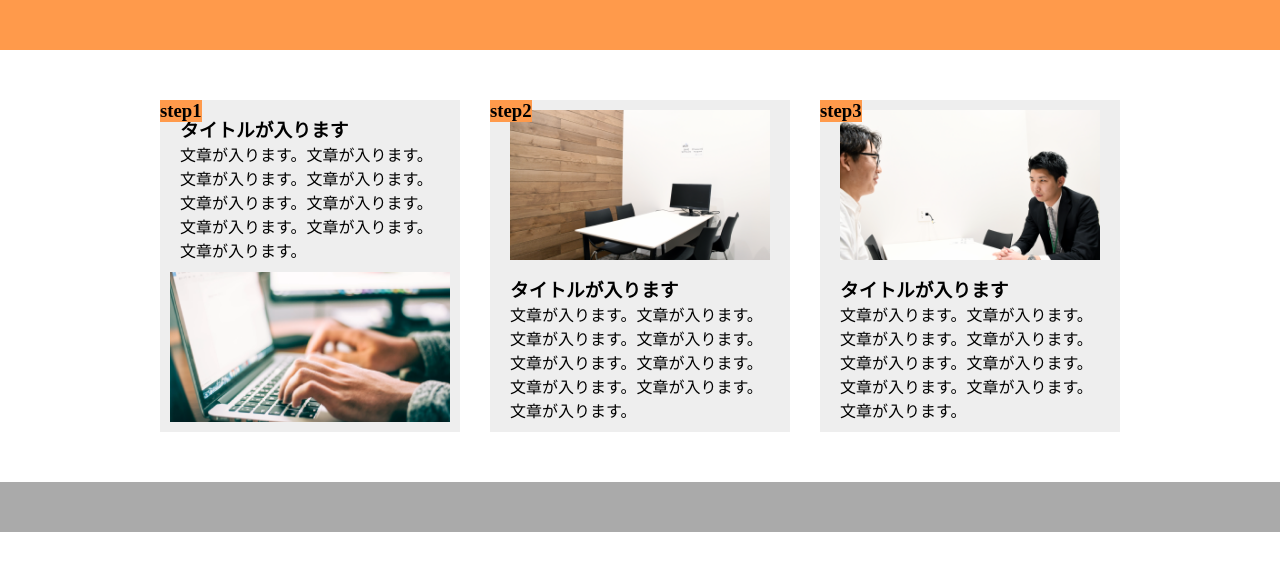
Repository: CarAll02/git-practice
Page: chapter9_exercise/index.html
The author's editor kept a record of every edit. The page is drawn from the files as they stood at one moment, then again after the next edit.
The browser window is 1280 px wide. The pictures show the whole page.

Above is the page before.

After the next edit:
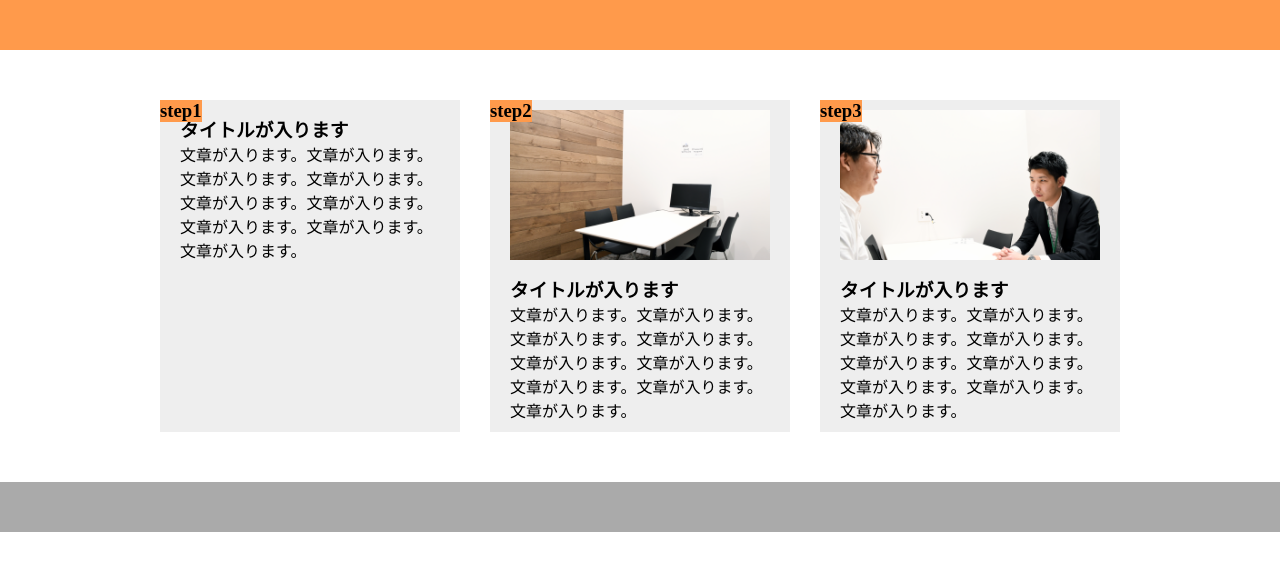
The edit:
--- a/chapter9_exercise/index.html
+++ b/chapter9_exercise/index.html
@@ -18,7 +18,6 @@
             <p class="text">文章が入ります。文章が入ります。文章が入ります。文章が入ります。文章が入ります。文章が入ります。文章が入ります。文章が入ります。文章が入ります。</p>
           </section>
         </div>
-        <div class="picture flow01"></div>
       </div>
       <div class="box">
         <h3 class="step">step2</h3>
